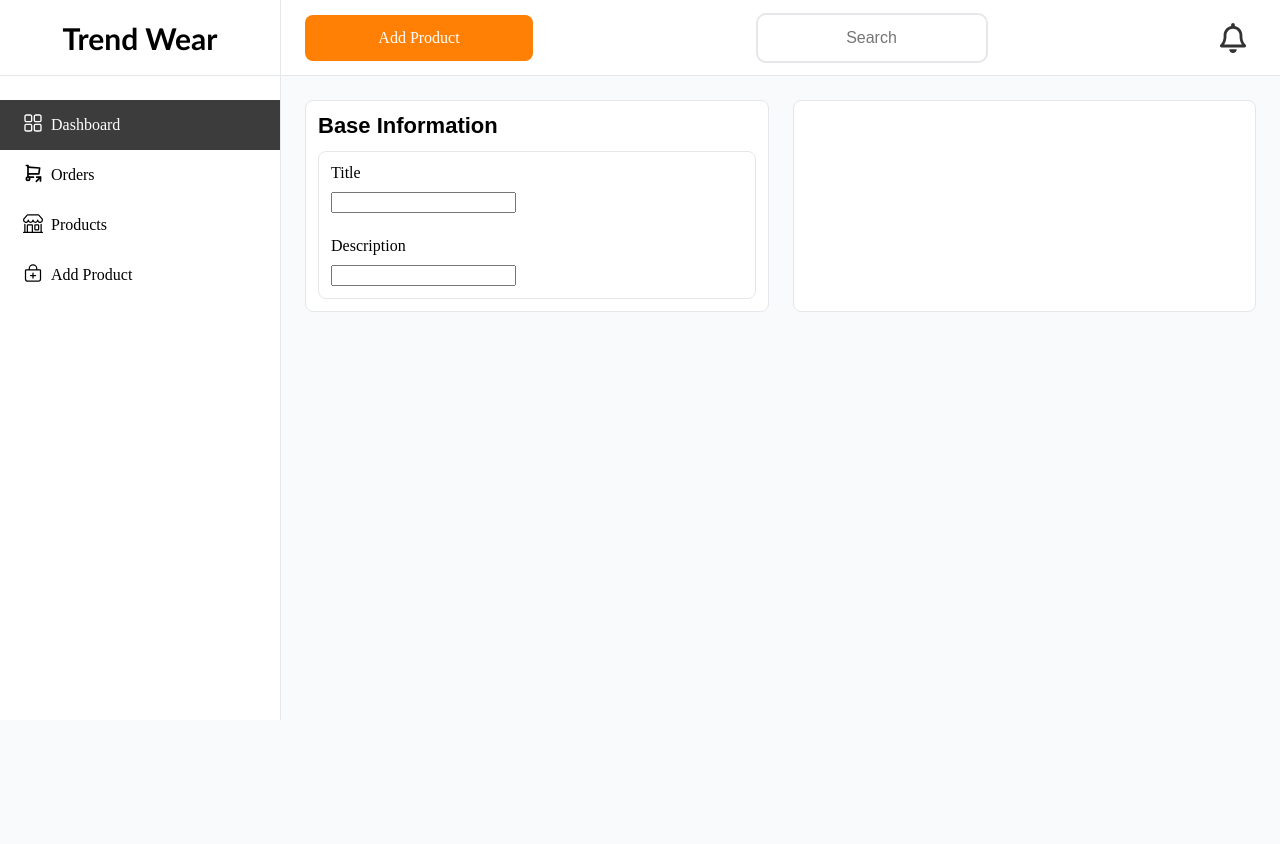
Repository: ahmad-dev7/TrendWear
Page: / (app in trend_wear_dashboard/)
The author's editor kept a copy of each file at every save. The page is drawn from the files as they stood at one save, then again after the next save.
The browser window is 1280 px wide. The pictures show the whole page.
The project was rebuilt for these pictures with package versions that can differ from the ones it lists, and the page was loaded fresh each time. Also part of the build but not shown: trend_wear_dashboard/vite.config.ts.

Above is the page before, as saved 2025-01-20 02:30:05.

After the next save:
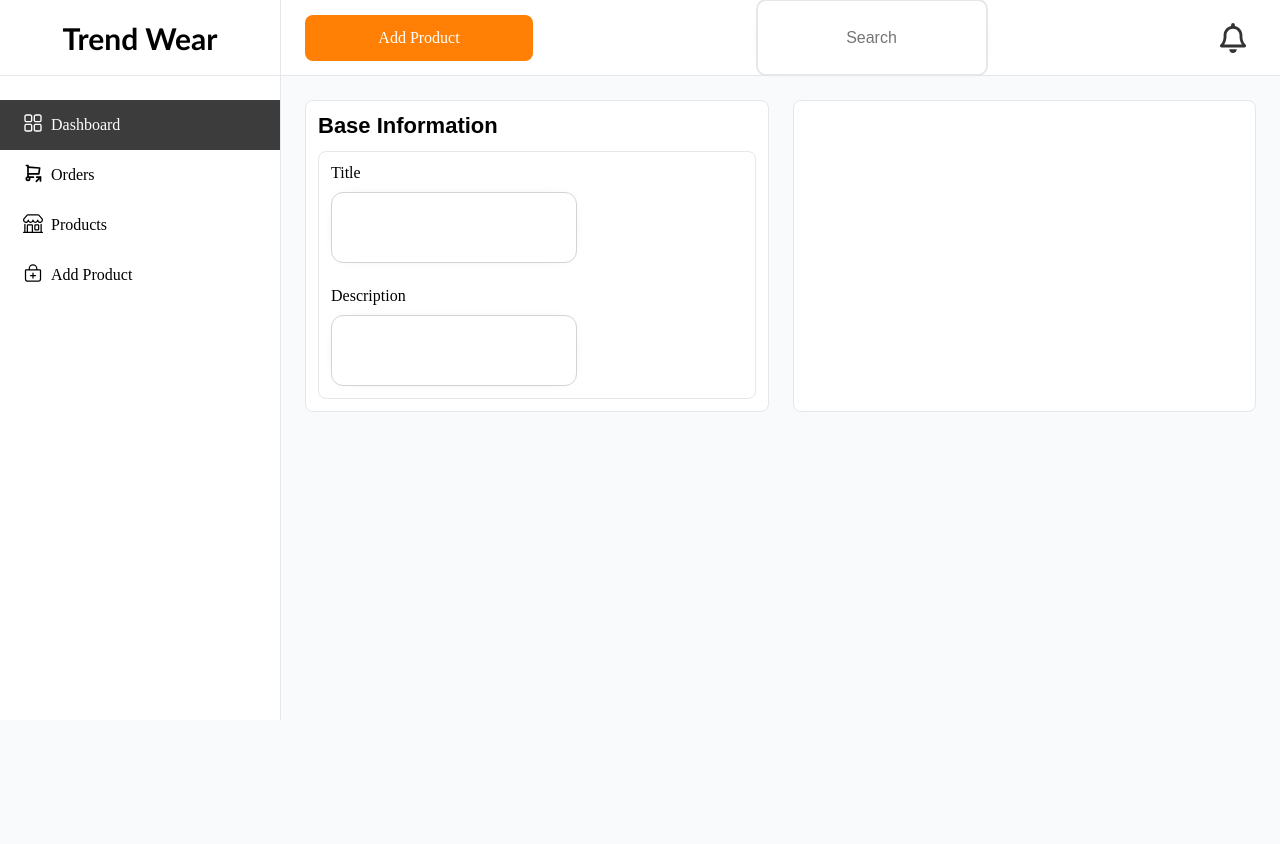
Saved 13 s later.
--- a/trend_wear_dashboard/src/Components/AddProduct/ProductDetails.css
+++ b/trend_wear_dashboard/src/Components/AddProduct/ProductDetails.css
@@ -26,7 +26,7 @@ p:not(.heading) {
 }
 
 /* From Uiverse.io by ErzenXz */
-.input {
+input {
     width: 100%;
     max-width: 220px;
     height: 45px;
